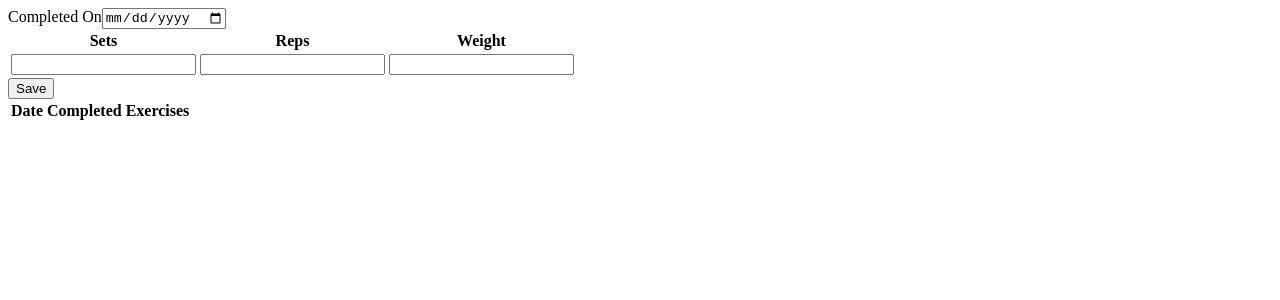
Repository: Kayla-amr/Exercise-Tracking-App
Page: / (app in exerciseTracking/)
An editor plug-in stored every save of this project. The page is shown before and after the next save, followed by the edit.
The browser window is 1280 px wide. The pictures show the whole page.
The project was rebuilt for these pictures with package versions that can differ from the ones it lists, and the page was loaded fresh each time. Also part of the build but not shown: exerciseTracking/vite.config.ts, exerciseTracking/src/assets/main.css.

Above is the page before, as saved 2023-03-17 13:26:02.

### exerciseTracking/src/main.ts
import { createApp } from 'vue'
import App from './App.vue'

import './assets/main.css'

const app = createApp(App)

app.mount('#app')

### exerciseTracking/src/App.vue
<script setup>
import trackingForm from './components/trackingForm.vue'
import trackingHistory from './components/trackingHistory.vue'
</script>

<template>
    <div id="app">
        <tracking-form />
        <tracking-history />

    </div>
</template>

<script>
export default{
    name: 'app',
    components: {
        trackingForm,
        trackingHistory
    },
    data() {
        return {
            exercises: [
              {
                id: 1,
                date: '2021-01-01',
                sets: '3',
                reps: '10',
                weight: '30'
              },
              {
                id: 2,
                date: '2021-01-02',
                sets: '3',
                reps: '10',
                weight: '30'
              },
              {
                id: 3,
                date: '2021-01-03',
                sets: '3',
                reps: '10',
                weight: '30'
              }
            ]
        }
    }
}
</script>

### exerciseTracking/src/components/trackingForm.vue
<template>
    <div id="tracking-form">
        <form @submit.prevent="handleSubmit">
            <label for="date">Completed On</label>
            <input type="date" v-model="date">
            <table>
                <thead>
                    <tr>
                        <th>Sets</th>
                        <th>Reps</th>
                        <th>Weight</th>
                    </tr>
                </thead>
                <tbody>
                    <tr>
                        <td><input type="text" v-model="sets"></td>
                        <td><input type="number" v-model="reps"></td>
                        <td><input type="number" v-model="weight"></td>
                    </tr>
                </tbody>
            </table>
            <button type="submit">Save</button>
        </form>
    </div>
</template>


<script>
export default {
    name: 'tracking-form',
    data() {
        return {
            exercise: {
                date: '',
                sets: '',
                reps: '',
                weight: ''
            }
        }
    }
}
</script>

### exerciseTracking/src/components/trackingHistory.vue
<template>
    <div id="tracking-history">
        <table>
            <thead>
                <tr>
                    <th>Date Completed</th>
                    <th>Exercises</th>
                </tr>
            </thead>
            <tbody>
                <tr v-for="exercise in exercises" :key="exercise.id">
                    <td>{{ exercise.date }}</td>
                    <td>{{ exercise.exercises }}</td>
                </tr>
            </tbody>
        </table>
    </div>
</template>

<script>
export default{
    name: 'tracking-history',
    props: {
        exercises: {
            type: Array
        }
    }
}
</script>

Loaded but not shown: exerciseTracking/index.html (common file)

After the next save:
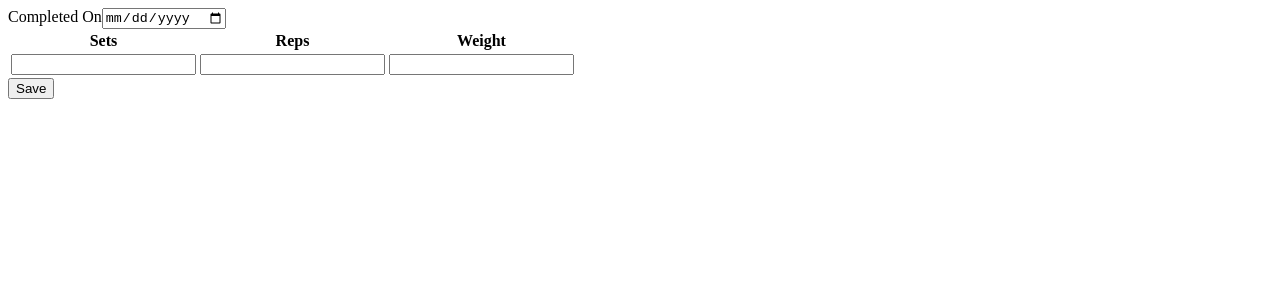
Saved 12 s later.
--- a/exerciseTracking/src/App.vue
+++ b/exerciseTracking/src/App.vue
@@ -6,7 +6,7 @@ import trackingHistory from './components/trackingHistory.vue'
 <template>
     <div id="app">
         <tracking-form />
-        <tracking-history />
+        <tracking-history: />
 
     </div>
 </template>
